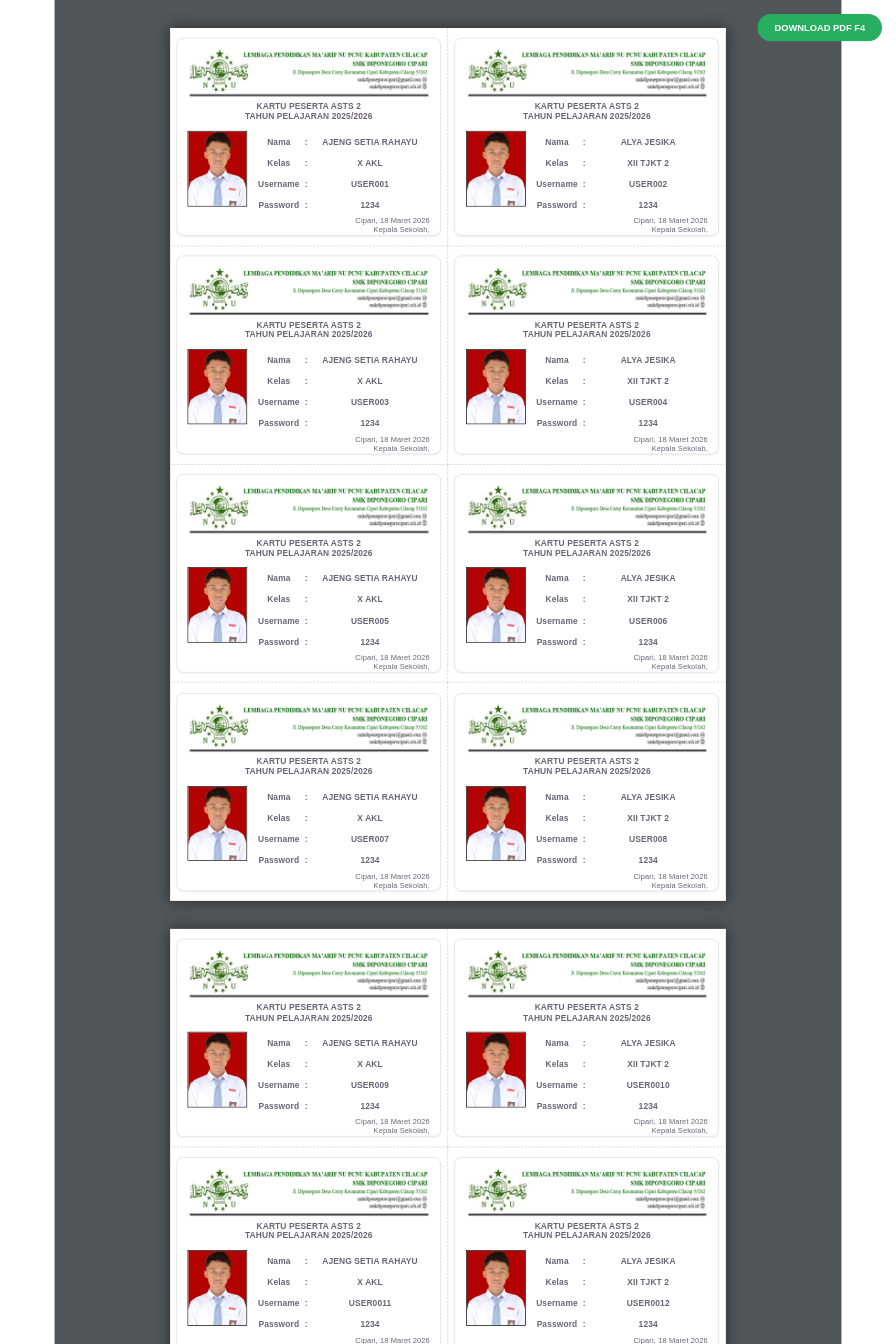
Repository: UsmanAzizz/generator-kartu-tes
Page: /
These files come from the project's save history. The page is drawn as it stood at one moment and after the next save; the edit follows.
The browser window is 1280 px wide. The pictures show the part of the page from y = 0 to 1920 px (the page is 2654 px tall), at 70% of full size.
The project was rebuilt for these pictures with package versions that can differ from the ones it lists, and the page was loaded fresh each time. Also part of the build but not shown: vite.config.js.

Above is the page before, as saved 2026-03-18 15:55:20.

### index.html
<!doctype html>
<html lang="en">
  <head>
    <meta charset="UTF-8" />
    <link rel="icon" type="image/svg+xml" href="/favicon.svg" />
    <meta name="viewport" content="width=device-width, initial-scale=1.0" />
    <title>generator-kartu</title>
  </head>
  <body>
    <div id="root"></div>
    <script type="module" src="/src/main.jsx"></script>
  </body>
</html>

### src/index.css
:root {
  --text: #6b6375;
  --text-h: #08060d;
  --bg: #fff;
  --border: #e5e4e7;
  --code-bg: #f4f3ec;
  --accent: #aa3bff;
  --accent-bg: rgba(170, 59, 255, 0.1);
  --accent-border: rgba(170, 59, 255, 0.5);
  --social-bg: rgba(244, 243, 236, 0.5);
  --shadow:
    rgba(0, 0, 0, 0.1) 0 10px 15px -3px, rgba(0, 0, 0, 0.05) 0 4px 6px -2px;

  --sans: system-ui, 'Segoe UI', Roboto, sans-serif;
  --heading: system-ui, 'Segoe UI', Roboto, sans-serif;
  --mono: ui-monospace, Consolas, monospace;

  font: 18px/145% var(--sans);
  letter-spacing: 0.18px;
  color-scheme: light dark;
  color: var(--text);
  background: var(--bg);
  font-synthesis: none;
  text-rendering: optimizeLegibility;
  -webkit-font-smoothing: antialiased;
  -moz-osx-font-smoothing: grayscale;

  @media (max-width: 1024px) {
    font-size: 16px;
  }
}

@media (prefers-color-scheme: dark) {
  :root {
    --text: #9ca3af;
    --text-h: #f3f4f6;
    --bg: #16171d;
    --border: #2e303a;
    --code-bg: #1f2028;
    --accent: #c084fc;
    --accent-bg: rgba(192, 132, 252, 0.15);
    --accent-border: rgba(192, 132, 252, 0.5);
    --social-bg: rgba(47, 48, 58, 0.5);
    --shadow:
      rgba(0, 0, 0, 0.4) 0 10px 15px -3px, rgba(0, 0, 0, 0.25) 0 4px 6px -2px;
  }

  #social .button-icon {
    filter: invert(1) brightness(2);
  }
}

body {
  margin: 0;
}

#root {
  width: 1126px;
  max-width: 100%;
  margin: 0 auto;
  text-align: center;
  border-inline: 1px solid var(--border);
  min-height: 100svh;
  display: flex;
  flex-direction: column;
  box-sizing: border-box;
}

h1,
h2 {
  font-family: var(--heading);
  font-weight: 500;
  color: var(--text-h);
}

h1 {
  font-size: 56px;
  letter-spacing: -1.68px;
  margin: 32px 0;
  @media (max-width: 1024px) {
    font-size: 36px;
    margin: 20px 0;
  }
}
h2 {
  font-size: 24px;
  line-height: 118%;
  letter-spacing: -0.24px;
  margin: 0 0 8px;
  @media (max-width: 1024px) {
    font-size: 20px;
  }
}
p {
  margin: 0;
}

code,
.counter {
  font-family: var(--mono);
  display: inline-flex;
  border-radius: 4px;
  color: var(--text-h);
}

code {
  font-size: 15px;
  line-height: 135%;
  padding: 4px 8px;
  background: var(--code-bg);
}

### src/App.jsx
import { useState, useRef } from 'react';
import jsPDF from 'jspdf';
import html2canvas from 'html2canvas';

import kopImage from './image.png';
import dummyFoto from './aji.jpg';

function App() {
  const [students] = useState(Array.from({ length: 16 }, (_, i) => ({
    id: i + 1,
    nama: i % 2 === 0 ? "AJENG SETIA RAHAYU" : "ALYA JESIKA",
    kelas: i % 2 === 0 ? "X AKL" : "XII TJKT 2",
    username: `USER00${i + 1}`,
    password: "1234",
    noPst: `2025/UKK/${100 + i}`,
    foto: dummyFoto
  })));

  const contentRef = useRef(null);

  const downloadPDF = async () => {
    const element = contentRef.current;
    const pdf = new jsPDF('p', 'mm', [210, 330]);

    const pages = element.querySelectorAll('.page-break');

    for (let i = 0; i < pages.length; i++) {
      const canvas = await html2canvas(pages[i], {
        scale: 3,
        useCORS: true,
        logging: false
      });
      const imgData = canvas.toDataURL('image/png');
      if (i > 0) pdf.addPage('p', 'mm', [210, 330]);
      pdf.addImage(imgData, 'PNG', 0, 0, 210, 330);
    }
    pdf.save("kartu-peserta-ukk-f4.pdf");
  };

  const styles = {
    wrapper: {
      backgroundColor: '#525659',
      padding: '40px 0',
      minHeight: '100vh',
      fontFamily: 'Arial, sans-serif'
    },
    page: {
      width: '210mm',
      height: '330mm',
      backgroundColor: 'white',
      margin: '0 auto 40px auto',
      display: 'grid',
      gridTemplateColumns: 'repeat(2, 1fr)',
      gridTemplateRows: 'repeat(4, 1fr)',
      boxSizing: 'border-box',
      boxShadow: '0 0 20px rgba(0,0,0,0.5)',
      overflow: 'hidden',
    },
    // LOGIKA GARIS POTONG DALAM SAJA
    cardSlot: (index) => ({
      display: 'flex',
      alignItems: 'center',
      justifyContent: 'center',
      boxSizing: 'border-box',
      height: '100%',
      width: '100%',
      // Garis putus-putus hanya di sisi dalam (tengah horizontal & vertikal)
      borderRight: (index % 2 === 0) ? '0.5mm dashed #ccc' : 'none',
      borderBottom: (index < 6) ? '0.5mm dashed #ccc' : 'none',
    }),
    card: {
      width: '100mm',
      height: '75mm',
      backgroundColor: 'white',
      border: '1px solid #ddd',
      borderRadius: '10px',
      padding: '4mm',
      boxSizing: 'border-box',
      display: 'flex',
      flexDirection: 'column',
      position: 'relative',
      boxShadow: '0 2px 4px rgba(0,0,0,0.05)',
    },
    headerKop: { width: '100%', marginBottom: '6px' },
    titleSection: { textAlign: 'center', marginBottom: '8px' },
    titleText: { fontSize: '9pt', fontWeight: 'bold', margin: '0', lineHeight: '1.2' },
    mainContent: { display: 'flex', gap: '12px', marginTop: '5px' },
    fotoWrapper: {
      width: '22mm',
      height: '28mm',
      border: '1px solid #000',
      flexShrink: 0,
      overflow: 'hidden'
    },
    infoTable: { fontSize: '9pt', fontWeight: 'bold', width: '100%' },
    footerArea: {
      marginTop: 'auto',
      textAlign: 'right',
      fontSize: '8pt',
      lineHeight: '1.2'
    },
    ruangBox: {
      position: 'absolute',
      bottom: '15mm',
      left: '40mm',
      border: '1px solid #000',
      padding: '2mm 6mm',
      borderRadius: '6px',
      fontSize: '10pt',
      fontWeight: 'bold',
      backgroundColor: '#f9f9f9'
    },
    signature: { fontWeight: 'bold', textDecoration: 'underline', marginTop: '10mm' },
    btnDownload: {
      position: 'fixed', top: '20px', right: '20px', padding: '12px 24px',
      backgroundColor: '#27ae60', color: 'white', border: 'none', borderRadius: '30px',
      cursor: 'pointer', fontWeight: 'bold', zIndex: 1000
    }
  };

  const chunkData = (arr, size) => {
    return Array.from({ length: Math.ceil(arr.length / size) }, (v, i) =>
      arr.slice(i * size, i * size + size)
    );
  };

  const pages = chunkData(students, 8);

  return (
    <div style={styles.wrapper}>
      <button style={styles.btnDownload} onClick={downloadPDF}>DOWNLOAD PDF F4</button>
      <div ref={contentRef}>
        {pages.map((pageStudents, pageIdx) => (
          <div key={pageIdx} className="page-break" style={styles.page}>
            {pageStudents.map((std, index) => (
              <div key={std.id} style={styles.cardSlot(index)}>
                <div style={styles.card}>
                  <img src={kopImage} alt="KOP" style={styles.headerKop} />
                  <div style={styles.titleSection}>
                    <p style={styles.titleText}>KARTU PESERTA ASTS 2</p>
                    <p style={styles.titleText}>TAHUN PELAJARAN 2025/2026</p>
                  </div>
                  <div style={styles.mainContent}>
                    <div style={styles.fotoWrapper}>
                      <img src={std.foto} alt="User" style={{width: '100%', height: '100%', objectFit: 'cover'}} />
                    </div>
                    <table style={styles.infoTable}>
                      <tbody>
                        <tr><td width="60">Nama</td><td width="10">:</td><td>{std.nama}</td></tr>
                        <tr><td>Kelas</td><td>:</td><td>{std.kelas}</td></tr>
                        <tr><td>Username</td><td>:</td><td>{std.username}</td></tr>
                        <tr><td>Password</td><td>:</td><td>{std.password}</td></tr>
                      </tbody>
                    </table>
                  </div>
                  {/* Kotak Ruang seperti di contoh */}

                  <div style={styles.footerArea}>
                    <div>Cipari, 18 Maret 2026</div>
                    <div>Kepala Sekolah,</div>
                    <div style={styles.signature}>Lestari Kurniawati, S.Pd.</div>
                  </div>
                </div>
              </div>
            ))}
          </div>
        ))}
      </div>
    </div>
  );
}

export default App;

Loaded but not shown: src/main.jsx (common file)

After the next save:
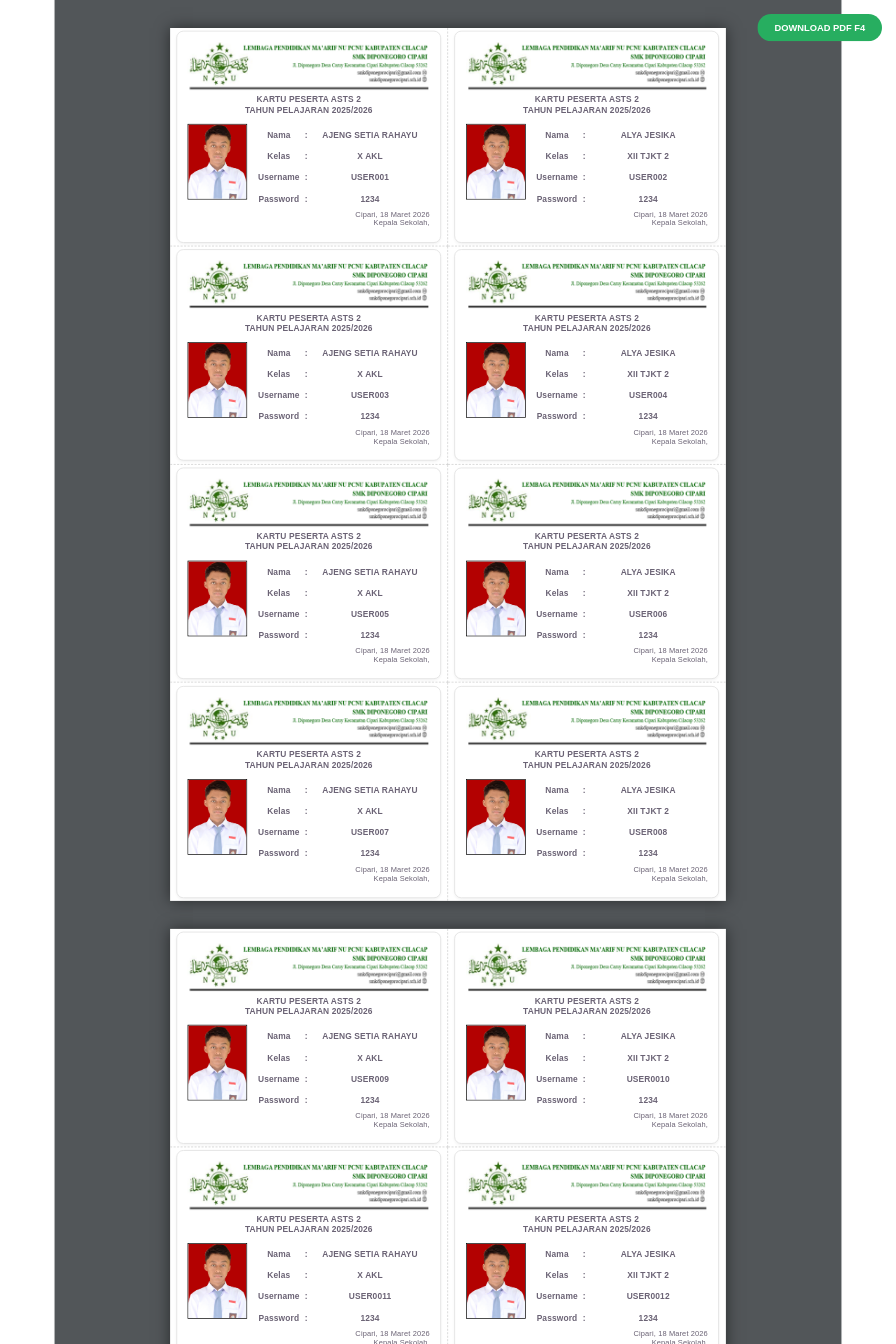
Saved 8 s later.
--- a/src/App.jsx
+++ b/src/App.jsx
@@ -70,7 +70,7 @@
     }),
     card: {
       width: '100mm',
-      height: '75mm',
+      height: '80mm',
       backgroundColor: 'white',
       border: '1px solid #ddd',
       borderRadius: '10px',
